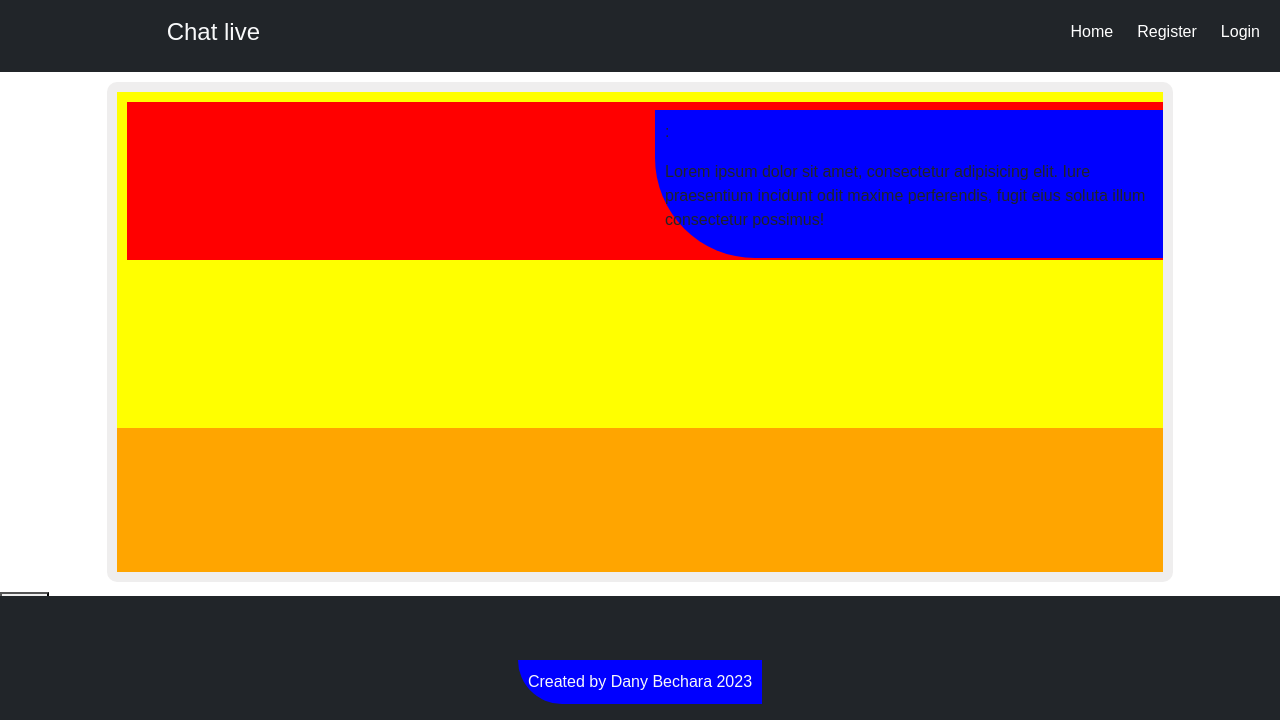
Repository: bechara611/chatv2
Page: /chat
The author's editor kept a copy of each file at every save. The page is drawn from the files as they stood at one save, then again after the next save.
The browser window is 1280 px wide. The pictures show the whole page.
The page's requests for data from a server got no answer. The project was rebuilt for these pictures with package versions that can differ from the ones it lists, and the page was loaded fresh each time. Some packages were replaced by stand-ins written for this rebuild. No one was signed in, and anything a server would have sent is missing. Also part of the build but not shown: src/hooks/useForm.jsx, src/api/Instance.jsx, src/auth/hooks/useAuth.jsx, src/auth/components/login.jsx, src/auth/components/register.jsx, src/ui/components/Home.jsx, src/App.css.

Above is the page before, as saved 2023-03-15 17:13:35.

### src/index.js
import React from 'react';
import ReactDOM from 'react-dom/client';
import './index.css';
import { App2 } from './App';
import { BrowserRouter } from 'react-router-dom';
import 'bootstrap/dist/css/bootstrap.min.css'
import 'bootstrap/dist/js/bootstrap.bundle.js'
import 'animate.css'
import { Provider } from 'react-redux';
import { store } from './store/Store';
const root = ReactDOM.createRoot(document.getElementById('root'));
root.render(
  <Provider store={store}>
    <BrowserRouter>
      <App2 />
    </BrowserRouter>
  </Provider>
);

### src/index.css
*{
  font-family: 'Poppins',sans-serif;
}

### src/App.js
import React from 'react'
import { Rutas } from './Router/Routes';
import { Header } from './ui/components/Header';
import './App.css'
import { Footer } from './ui/components/Footer';
import { Caparazon } from './ui/components/Caparazon';
import { ContenedorPrincipal } from './ui/components/ContenedorPrincipal';

export const App2 = () => {
  return (
    <>
      <Caparazon>
        <Header></Header>
        <ContenedorPrincipal> {/*El contenedor principal a su vez lleva sus hijos dos elementos, el footer que le pusimos absolute para ubicarlo de ultimo y el MainCuerpo que tienes las rutas */}
          <Rutas></Rutas>{/*Este MainCuerpo tiene las rutas de la aplicacion, es el main de la pagina y lo que va a cambiar dependiendo donde estemos */}
          <div className='mb-5 pb-5'></div>

          <Footer></Footer>  {/*Este es el footer que utilizamos para el pie de pagina, tiene posicion absolute como dije anteriormnete */}
        </ContenedorPrincipal>


      </Caparazon>
    </>
  )
}

### src/store/Store.js
import { configureStore } from "@reduxjs/toolkit";
import { AuthSlice } from "../auth/slices/authSlice";
import chatSlice from "../chat/slices/chatSlice";


export const store = configureStore({
    reducer:{
        auth:AuthSlice.reducer,
        chatSlice:chatSlice.reducer
    },
    middleware:(middleware)=>{
        return middleware({
            serializableCheck:false,
        })
    }

})

### src/Router/Routes.jsx
import React from 'react'
import { Navigate, Route, Routes } from 'react-router-dom'
import { Login } from '../auth/components/login'
import { Register } from '../auth/components/register'
import { Chat } from '../chat/components/Chat'
import { Home } from '../ui/components/Home'

export const Rutas = () => {

    return (

        <Routes>
            <Route path='/' element={<Home></Home>}></Route>
            <Route path='/login' element={<Login></Login>}></Route>
            <Route path='/register' element={<Register></Register>}></Route>
            <Route path='/chat' element={<Chat></Chat>}></Route>
            <Route path='/*' element={<Navigate to={'/'}></Navigate>}></Route>
        </Routes>

    )
}

### src/ui/components/Header.jsx
import React, { useEffect } from 'react'
import { useDispatch, useSelector } from 'react-redux';
import { NavLink, useNavigate } from 'react-router-dom'
import { logout } from '../../auth/slices/authSlice';
import './Header.css'
export const Header = () => {
  const navegar= useNavigate()
  const authState = useSelector((state)=>state.auth);
  const dispatch = useDispatch();
  useEffect(() => {


    return () => {

    }
  }, [])

  return (
    <>

      <div className=" bg-dark contenedor-header col-12">
        <div className="titulo-header col-sm-4 col-12">
          <h4 className='text-light'>Chat live</h4>

        </div>
        <div className="col-sm-8 col-12  contenedor-menu">
          <nav className=' m-2 nav'>

            <NavLink className={ ({isActive}) => `item-menu  ${ isActive ? 'activeLink':'' }` } to={'/'} >Home</NavLink>
            {
              authState.token && authState.name && authState.email ?
              <NavLink className={ ({isActive}) => `item-menu  ${ isActive ? 'activeLink':'' }` } to={'/chat'} >Chat</NavLink>
              :<></>
            }

            <NavLink className={ ({isActive}) => `item-menu  ${ isActive ? 'activeLink':'' }` } to={'/register'} >Register</NavLink>
            {authState.token && authState.name && authState.email ?
              <NavLink className={ ({isActive}) => `item-menu  }` } to={'/login'} onClick={()=>{
                localStorage.removeItem('email')
                localStorage.removeItem('token')
                localStorage.removeItem('name')

                navegar('/login')
                dispatch(logout())
              }} >Logout</NavLink>
              :
              <NavLink className={ ({isActive}) => `item-menu  ${ isActive ? 'activeLink':'' }` } to={'/login'} >Login</NavLink>
            }

            </nav>
        </div>




      </div>
    </>

  )
}

### src/ui/components/Footer.jsx
import React from 'react'
import './Footer.css'


let linkdn="https://linkedin.com/in/DanyBechara";
let correo="mailto:bechara611@gmail.com";
let blank='_blank';
let github='https://github.com/bechara611';
let whatssap='https://wa.me/584120361952';

export const Footer = () => {
  return (
    <>

      {/*Aca este footer le estamos colocando una posicion absolute y a su padre relativa para poder ubicarlo al final de su div padre */}
      <div className="footer  col-12  mt-2 bg-dark">
      <a href={linkdn} target={blank} className='animate__animated animate__lightSpeedInLeft'><i className=" linkdin fa-brands fa-linkedin iconoRedes"></i></a>
      <a href={whatssap} target={blank}  className='animate__animated animate__lightSpeedInLeft'><i className="whatssap fa-brands fa-whatsapp iconoRedes"></i></a>
      <a href={correo} target={blank}  className='animate__animated animate__lightSpeedInLeft'><i className="gmail fa-solid  fa-envelope iconoRedes"></i></a>
      <a href={github} target={blank}  className='  animate__animated animate__lightSpeedInLeft'><i className=" github fa-brands fa-github iconoRedes"></i></a>

     <div className="col-12 contenedor-mensaje-footer mt-1">
     <div className="col-12 contenedor-mensaje-footer">
     <p className='mensaje text-light'>Created by Dany Bechara {new Date().getFullYear().toString()}</p>
     </div>

     </div>
      </div>
    </>

  )
}

### src/ui/components/Caparazon.jsx
import React from 'react'
import './Caparazon.css'
export const Caparazon = ({ children }) => {
    return (
        <>
{/*Caparazon princiapal donde el mismo tiene un flex en colum, adentro tiene sus hijos que son un div que
ocupe el 70vh donde eesta todo lo demas y el 30vh primero es del header */}
            <div className='caparazonPrincipal '>

                {children}

            </div>
        </>
    )
}

### src/ui/components/ContenedorPrincipal.jsx
import React from 'react'
import './ContenedorPrincipal.css'
export const ContenedorPrincipal = ({ children }) => {
  return (
    <div className='ContenedorPrincipal'>
    {/*Aca de hijos tendran las rutas para verse en el medio y el footer, este tiene un position relative para que su hijo footer pueda
  ubicarse en la parte de abajo */}
      {children}
    </div>
  )
}

### src/auth/slices/authSlice.js
import { createSlice } from "@reduxjs/toolkit";


export const AuthSlice = createSlice({
    name: 'auth',
    initialState: {
        name: localStorage.getItem('name') || null,
        email: localStorage.getItem('email') || null,
        token: localStorage.getItem('token') || null
    },
    reducers: {
        login: (state, { payload }) => {
            state.name=payload.name;
            state.email=payload.email;
            state.token=payload.token

        },
        logout:(state,{payload})=>{
            state.name=null;
            state.email=null;
            state.token=null;
        },
    }
})

export const {mostrar,logout,login} = AuthSlice.actions;

### src/chat/slices/chatSlice.js
import { createSlice } from "@reduxjs/toolkit";

const initialState={
    mensajes:[{name:'',mensaje:'',fecha:'',email:''}],
    conectados:[],
}

const chatSlice = createSlice({
    name:'chatSlice',
    initialState,
    reducers:{
        pushConectadosSlice :(state,{payload})=>{
            state.conectados=payload
        },
        pushMensajesSlice:(state,{payload})=>{
            state.mensajes=payload
        },
    }
})

export default chatSlice
export const {pushConectadosSlice,pushMensajesSlice} = chatSlice.actions

### src/chat/components/Chat.jsx

import { io } from "socket.io-client";
import React, { useEffect, useRef, useState } from 'react'
import './chat.css'
import { getUnixTime } from "date-fns";
import { useDispatch, useSelector } from "react-redux";
import { pushConectadosSlice, pushMensajesSlice } from "../slices/chatSlice";
import { Mensaje } from "./Mensaje";

const socket = io(process.env.REACT_APP_BACKEND, { //ruta del backend
    'extraHeaders': {
        'token': localStorage.getItem('token'),
        'email': localStorage.getItem('email'),
        'nombre': localStorage.getItem('name'),
    }
})
export const Chat = () => {


    const mensajesEstado = useSelector(state => state.chatSlice)
    const dispatch = useDispatch();

    useEffect(() => {

        socket.on('connect', () => { })
        socket.on('NuevoIntegrante', (payload) => {
            //TODO aca debes colocarle al slice y al estado los nuevos integrantes
            dispatch(pushConectadosSlice(payload))
            console.log(payload)
        })
        //?recibir mensajes
        socket.on('recibirTodosMensajes', (payload) => {
            //TODO colocar en el slice los mensajes
            dispatch(pushMensajesSlice(payload))
            console.log(payload)
        })
    }, [])





    //?metodo para enviar mensajes

    const EnviarMensajes = () => {
        let mensaje = {
            name: localStorage.getItem('name'),
            mensaje: 'Mensaje nuevo ',//TODO ponle el estado de mensaje
            fecha: getUnixTime(new Date()),
            email: localStorage.getItem('email')
        }
        socket.emit('recibiMensaje', mensaje)

    }



    //TODO FIN SOCKET

    const referenciaDiv = useRef();
    const referenciaDiv2 = useRef();
    useEffect(() => {

        referenciaDiv2.current.scrollTop = referenciaDiv2.current.scrollHeight;
    }, [])
    useEffect(() => {


        referenciaDiv2.current.scrollTop = referenciaDiv2.current.scrollHeight;
    }, [mensajesEstado])

    return (
        <>
            <div className="col-12 chat2 " ref={referenciaDiv}>
                <div className="col-10 hijoChat">
                    <div className="col-12 parteMensajes" ref={referenciaDiv2} >
                        {
                            mensajesEstado.mensajes.map((mensaje, index) => {
                                return <Mensaje mensaje={mensaje}></Mensaje>
                            })
                        }
                    </div>
                    <div className="col-12 parteInputs">

                    </div>
                </div>
            </div>

            <button onClick={() => { EnviarMensajes() }}>Enviar</button>
        </>

    )
}

### src/ui/components/Header.css
.contenedor-header{
    display: flex;
    flex-direction: row;
    flex-wrap: wrap;
    min-height: 10vh;
}
.titulo-header{
    text-align: center;
    padding: 5px;
    display: flex;
    flex-direction: row;
    justify-content: center;
    align-items: center;
    align-self: center;
}
.contenedor-menu{
    display: flex;
    flex-direction: row;
    flex-wrap: nowrap;
    justify-content: flex-end;

}
.item-menu{
   margin: 5px;
   text-decoration: none;
   color: white;
  transition: all 1s ease;
   padding: 7px;
   border-radius: 20px;
}
.activeLink{
    background: rgb(40, 139, 196);
}
.item-menu:hover{
    text-decoration: none;
    background: rgb(40, 139, 196);
    color: white;
}

@media(max-width:577px){
.contenedor-menu{
        justify-content: center;
        text-align: center;
        align-self: center;
        align-items: center;
        flex-wrap: nowrap;
    }
    .nav{
        justify-content: center;
        text-align: center;
        align-self: center;
        align-items: center;
        flex-wrap: nowrap;
    }
    .item-menu{
    padding: 0px;
    }
}

### src/ui/components/Footer.css


.footer {

    background: rgb(209, 102, 102,.1);
    position: absolute;
    bottom: 0%;
    display: flex;
    flex-direction: row;
    justify-content: center;
    text-align: center;
    align-items: center;
    justify-items: center;
    flex-wrap: wrap;

}


.iconoRedes {
    font-size: 40px;
    padding-left: 10px;
    margin: 5px;

}

.github:hover {
    color: #4b3074;

}
.github{
    color: #6e5494;
}

.whatssap:hover {
    color: #0c903c;
}
.whatssap{
    color: #25d366;

}

.gmail:hover {
    color: #e65f5f;
}

.gmail{
    color: #cc0000;
}

.linkdin:hover {
    color: #0780ac;
}

.linkdin{
    color: #0377a1;
}

.contenedor-mensaje-footer {
    display: flex;
    flex-direction: row;
    justify-content: center;
    text-align: center;
    align-items: center;
    justify-items: center;
}

/*?RESPONSIVE*/

@media(max-width:255px) {
    .iconoRedes {
        font-size: 30px;
        padding-left: 5px;
    }

    .mensaje {
        font-size: 10px;
    }
}

### src/ui/components/Caparazon.css
/*Estilos del caparazon como tal principal*/
    /*Aca colocamos que el caparazonPrincipal ocupa toda la pantalla, y una direccion en column para que el header sea de 30vh y el resto el otro div  */
.caparazonPrincipal{
    display: flex;
    flex-direction: column;
    justify-content: space-between;
    min-height: 100vh;
  overflow-x: hidden;
  overflow-y: visible;
}

### src/ui/components/ContenedorPrincipal.css
/*Aca al contenedor ponemos positionRelative para que el footer pueda tener una posicion absoluta y se pueda posicionar al final*/
.ContenedorPrincipal{
    min-height: 90vh;

    position: relative;
}

### src/auth/components/login.css
*,
*:before,
*:after{
    padding: 0;
    margin: 0;
    box-sizing: border-box;
}

.social{
  display: flex;
  flex-direction: row;
  justify-content: center;
}
.contenedor-loginRegistro{

  margin-top: 5px;
  display: flex;
  flex-direction: row;
  justify-content: center;
  align-items: center;
}

  .formularioLoginRegister{

    background-color: rgb(29, 29, 29,.6);
    top: 50%;
    left: 50%;
    border-radius: 10px;
    backdrop-filter: blur(10px);
    border: 2px solid rgba(255,255,255,0.1);
    box-shadow: 0 0 10px rgba(142, 201, 228, 1);
    padding: 10px 15px;
}
.formularioLoginRegister *{

    color: #ffffff;
    letter-spacing: 0.5px;
    outline: none;
    border: none;
}
.formularioLoginRegister h3{
    font-size: 32px;
    font-weight: 500;
    line-height: 42px;
    text-align: center;
}

.labelLoginRegister{
    display: block;
    margin-top: 30px;
    font-size: 16px;
    font-weight: 500;
}
.inputLoginRegister{
    display: block;
    height: 45px;
    width: 100%;
    background-color: rgba(255,255,255,0.07);
    border-radius: 3px;
    padding: 0 5px;
    margin-top: 8px;
    font-size: 14px;
    font-weight: 300;

}
::placeholder{
    color: #e5e5e5;
}
.btnLoginRegister{
    margin-top: 50px;
    width: 100%;
    background-color: #ffffff;
    color: #080710;
    padding: 5px 0;
    font-size: 18px;
    font-weight: 600;
    border-radius: 5px;
    cursor: pointer;

}
.btnLoginRegister:hover{
  background: #94b1dd;;
}
.social{
  margin-top: 30px;
  display: flex;
  cursor: pointer;
}
.social div{
  background: red;
  width: 150px;
  border-radius: 3px;
  padding: 5px 10px 10px 5px;
  background-color: rgba(55, 135, 184, 0.67);
  color: #eaf0fb;
  text-align: center;
  cursor: pointer;
}
.social div:hover{
  background-color: rgba(255,255,255,0.47);
}
.social .fb{
  margin-left: 25px;
}
.social i{
  margin-right: 4px;
}

### src/chat/components/chat.css
.chat {
    background: red;
    width: 100vw;
    height: 300px;
    overflow: scroll;
    margin-top: 1000px;
}

.chat2 {

    width: 100vw;
    height: 500px;
    overflow: auto;
    margin-top: 10px;
    margin-bottom: 10px;
    justify-content: center;
    display: flex;
}

.hijoChat {
border: 10px solid rgb(173, 171, 171,.2);
border-radius: 10px;
    height: 500px;
    display: flex;
    flex-wrap: wrap;

}

.parteMensajes{
background: yellow;
height: 70%;
overflow: auto;

}
.parteInputs{
    height: 30%;
background: orange;
}

### src/chat/components/Mensaje.jsx
import React from 'react'
import './Mensaje.css'
export const Mensaje = ({ mensaje, background }) => {
    return (
        <>
            <div className="col-12 contenedorMensajeInidividual" style={{ justifyContent: mensaje.email === localStorage.getItem('email') ? 'flex-start' : 'flex-end' }} >
                <div className="mensaje col-6">
                    <div className="col-12">

                        <p>{mensaje.name}:</p>
                        <p>{mensaje.mensaje} Lorem ipsum dolor sit amet, consectetur adipisicing elit. Iure praesentium incidunt odit maxime perferendis, fugit eius soluta illum consectetur possimus!</p>
                    </div>
                </div>
            </div>

        </>
    )
}

### src/chat/components/Mensaje.css
.contenedorMensajeInidividual{
    display: flex;
    background: red;
    justify-content: flex-start;
    flex-direction: row;
    padding-left: 10px;
    padding-top: 8px;
    padding-bottom: 2px;
    margin: 10px;
}
.mensaje{
    background: blue;

    padding: 10px;

    border-bottom-left-radius: 100px;
    align-self: flex-end;
    align-items: flex-end;

}

After the next save:
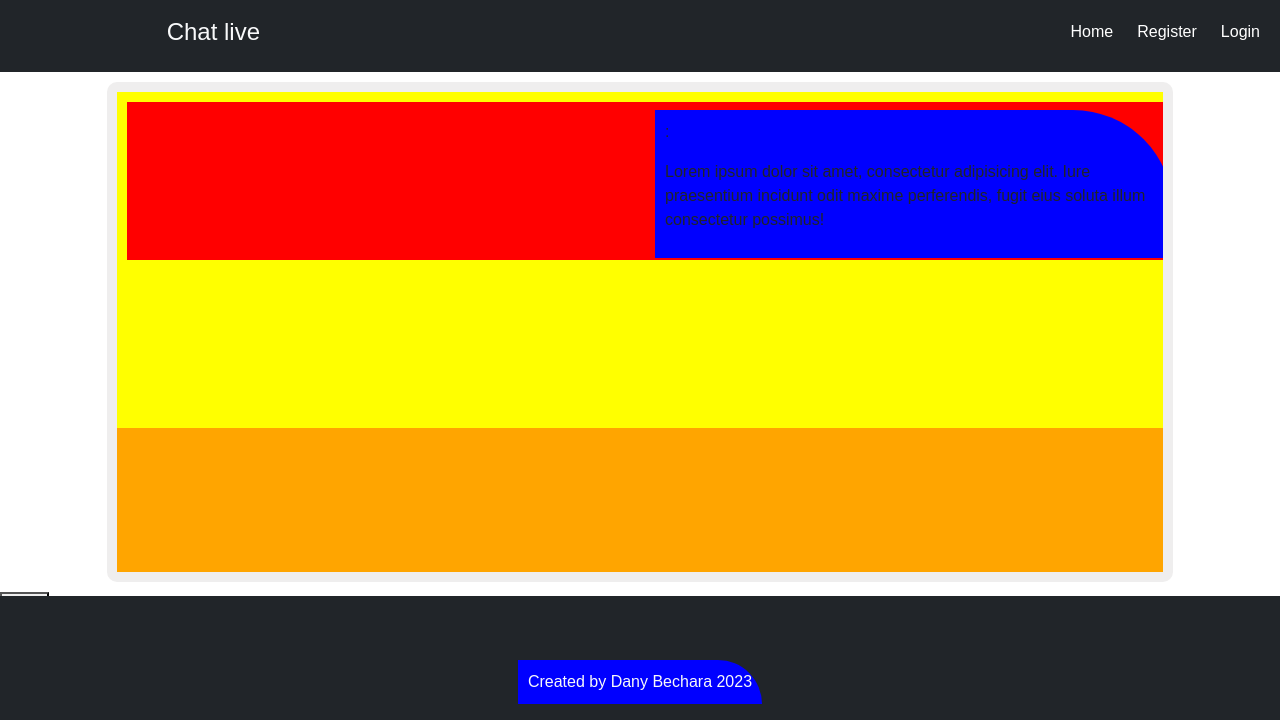
Saved 7 s later.
--- a/src/chat/components/Mensaje.css
+++ b/src/chat/components/Mensaje.css
@@ -13,7 +13,8 @@
 
     padding: 10px;
 
-    border-bottom-left-radius: 100px;
+    border-top-right-radius: 100px;
+
     align-self: flex-end;
     align-items: flex-end;
 
